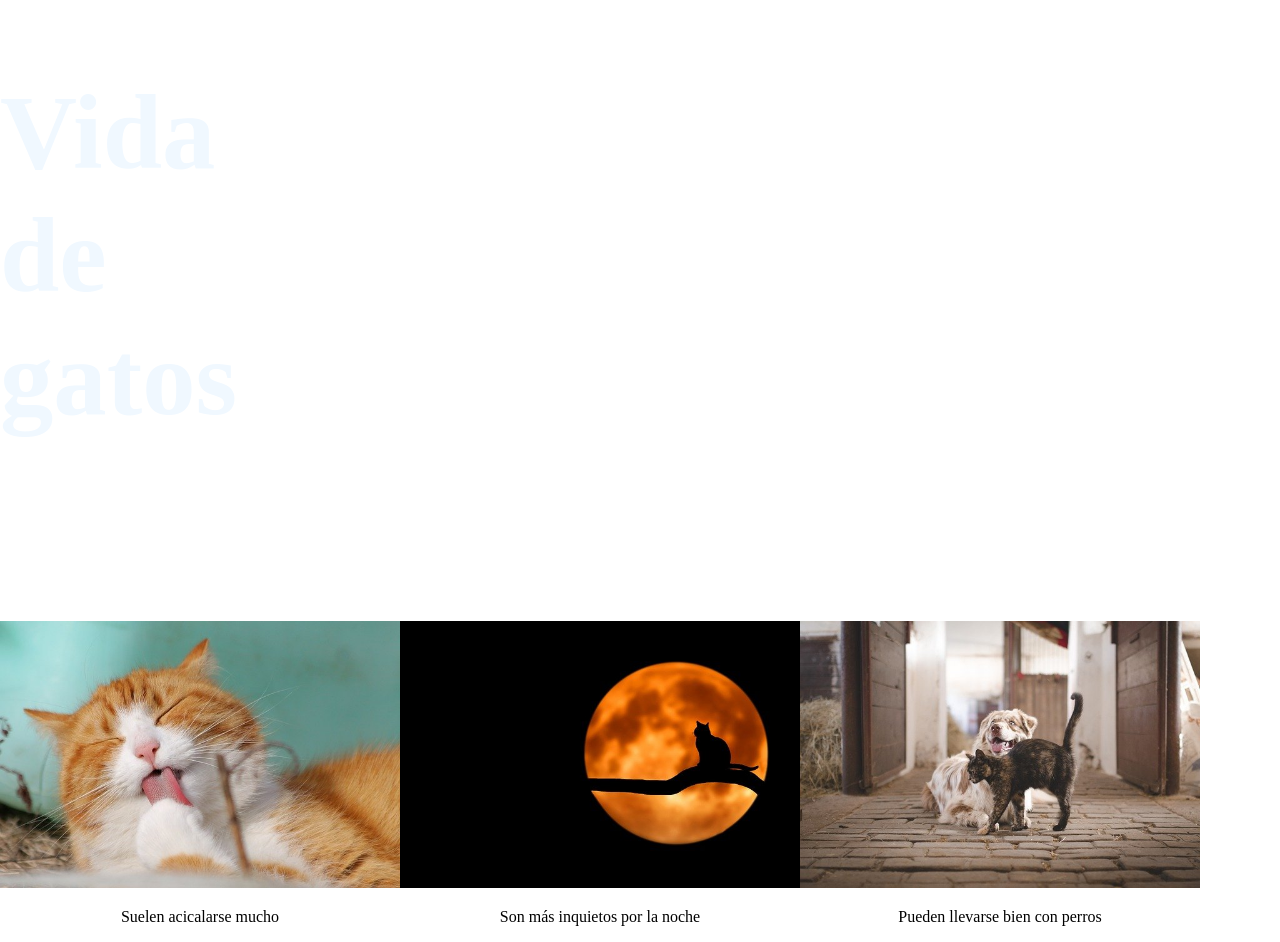
Repository: ScoggoDev/DesarrolloWeb
Page: tarea en equipo 1/tep3/vidadegatos/index.html
These files come from the project's save history. The page is drawn as it stood at one moment and after the next save; the edit follows.
The browser window is 1280 px wide. The pictures show the whole page.

Above is the page before, as saved 2021-07-14 20:53:52.

### tarea en equipo 1/tep3/vidadegatos/index.html
<!DOCTYPE html>
<html lang="en">
<head>
    <meta charset="UTF-8">
    <meta http-equiv="X-UA-Compatible" content="IE=edge">
    <meta name="viewport" content="width=device-width, initial-scale=1.0">
    <title>Vida de gatos</title>
    <link rel="stylesheet" href="css/estilos.css">

</head>
<body>
    <div class="encabezado">
        <h1 class="titulo">Vida de gatos</h1>
    </div>
    <div class="medio">
        <div class="contenedor-img">
            <img class = "foto" src="images/medio1.jpg" alt="">
            <div class="text-block">

                <p>Suelen acicalarse mucho</p>
              </div>
        </div>

        <div class="contenedor-img">
            <img class = "foto" src="images/medio3.jpg" alt="">
            <div class="text-block-different text-block">

                <p>Son más inquietos por la noche</p>
              </div>

        </div>
        <div class="contenedor-img">
            <img class = "foto" src="images/medio2.jpg" alt="">
            <div class="text-block">

                <p>Pueden llevarse bien con perros</p>
              </div>
        </div>



    </div>

</body>
</html>

### tarea en equipo 1/tep3/vidadegatos/css/estilos.css

.encabezado{
    height: 500px;
    width: 100px;
    background-position: center center;
    background-repeat: no-repeat;
    background-attachment: fixed;
    background-size: cover;
}
body{
    margin: 0px;
}
.titulo{
    text-align: center;
    color: aliceblue;
    font-size: 80pt;
    /*completar*/
}

.foto{
    max-width:400px;
}

.medio{
    display: block;
    padding-top: 50px;
    display: flex;

}

.contenedor-img{
    position: relative;
    display: inline-block;

}

.text-block {
    position: absolute;
    z-index: 999;
    margin: 0 auto;
    left: 0;
    right: 0;
    top: 100%; /* Adjust this value to move the positioned div up and down */
    text-align: center;
    width: 60%;
}
.text-block-different{
    background-color:white;
    color:black;
}

After the next save:
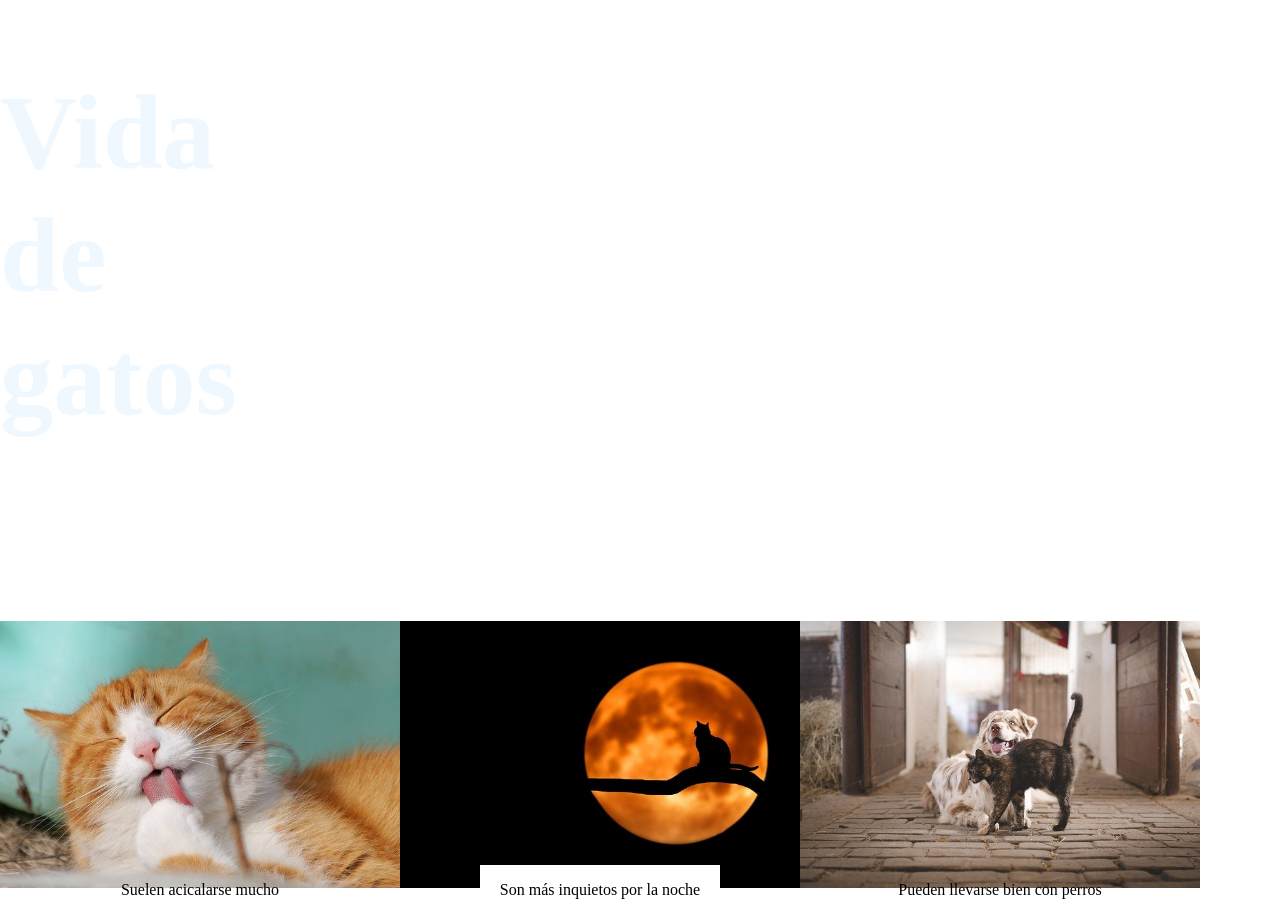
Saved 6 s later.
--- a/tarea en equipo 1/tep3/vidadegatos/css/estilos.css
+++ b/tarea en equipo 1/tep3/vidadegatos/css/estilos.css
@@ -40,7 +40,7 @@ body{
     margin: 0 auto;
     left: 0;
     right: 0;
-    top: 100%; /* Adjust this value to move the positioned div up and down */
+    top: 90%; /* Adjust this value to move the positioned div up and down */
     text-align: center;
     width: 60%;
 }
